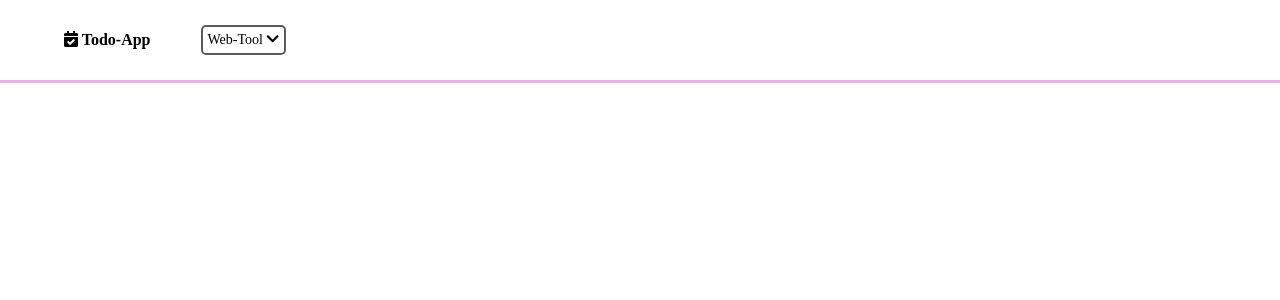
Repository: Hiroshii-m/todo_vue
Page: index.html
An editor plug-in stored every save of this project. The page is shown before and after the next save, followed by the edit.
The browser window is 1280 px wide. The pictures show the whole page.
The style sheet was rebuilt from its Sass, Less or Tailwind sources for each picture, by a compiler version that may differ from the author's.

Above is the page before, as saved 2021-06-26 17:30:10.

### index.html
<!DOCTYPE html>
<html lang="en">
<head>
    <meta charset="UTF-8">
    <meta http-equiv="X-UA-Compatible" content="IE=edge">
    <meta name="viewport" content="width=device-width, initial-scale=1.0">
    <link rel="stylesheet" href="node_modules/@fortawesome/fontawesome-free/css/all.css">
    <link rel="stylesheet" href="dist/css/style.css">
    <title>TODO APP Vue</title>
</head>
<body>

    <!-- header -->
    <header id="l-header" class="u-border-bottom">
        <div class="c-header">
            <h2 class="c-header__home">
                <i class="fas fa-calendar-check"></i>
                <a class="c-header__text" href="">Todo-App</a>
            </h2>
            <h3 class="c-header__other">
                Web-Tool
                <i class="fas fa-chevron-down"></i>
            </h3>
        </div>
    </header><!-- /header -->

</body>
</html>

### src/scss/style.scss

// ======================================
// foundation
// ======================================
@use 'foundation/reset';
@use 'foundation/variables';
// ======================================
// layout
// ======================================
#l-header {
    width: 100%;
}
// ======================================
// object
// ======================================
// Component
// **************************************
.c-header {
    width: 90%;
    height: 80px;
    margin: 0 auto;
    display: flex;
    align-items: center;
    &__home {
        margin-right: 50px;
        font-weight: bold;
    }
    &__other {
        font-size: var(--font-size_m);
        padding: var(--space_s);
        border: 2px solid var(--font-color_default);
        border-radius: 5px;
    }
}
// Project
// **************************************
// Utility
// **************************************
.u-border {
    &-bottom {
        border-bottom: 3px solid var(--color_accent);
    }
}

### src/scss/foundation/_variables.scss
:root {
    --font-color_default: #5A5A5A;
    --color_base: #F7FFFE;
    --color_accent: #E3B6E5;
    --color_edit: #C8E4F4;
    --color_complete: #C8E4F4;
    --site-width_xxl: 780px;
    --site-width_xl: 680px;
    --site-width_md: 580px;
    --site-width_ms: 414px;

    --font-size_s: 12px;
    --font-size_m: 14px;
    --font-size_default: 16px;
    --font-size_l: 18px;
    --font-size_xl: 24px;
    --font-size_xxl: 28px;
    --font-size_3l: 38px;


    --space_s: 5px;
    --space_m: 10px;
    --space_l: 15px;
    --space_xl: 20px;
    --space_xxl: 30px;
    --space_3l: 40px;

    --font-family_default: "メイリオ", sans-serif;
}

Loaded but not shown: node_modules/@fortawesome/fontawesome-free/css/all.css (library); src/scss/foundation/_reset.scss (common file)

After the next save:
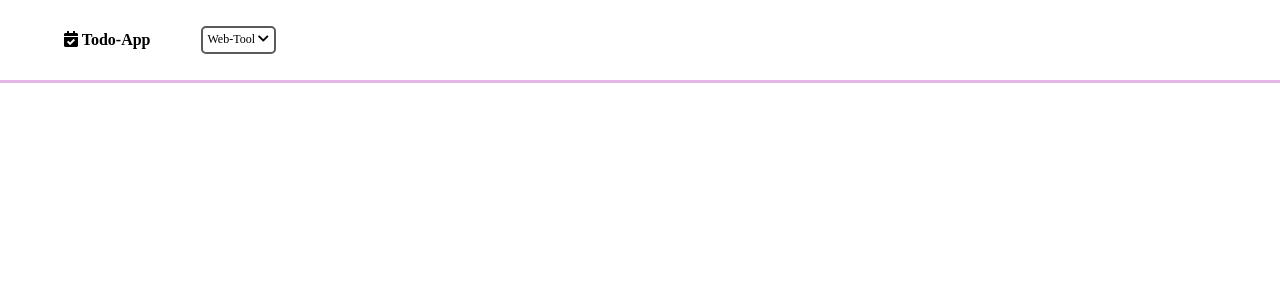
Saved 25 s later.
--- a/src/scss/style.scss
+++ b/src/scss/style.scss
@@ -26,7 +26,7 @@
         font-weight: bold;
     }
     &__other {
-        font-size: var(--font-size_m);
+        font-size: var(--font-size_s);
         padding: var(--space_s);
         border: 2px solid var(--font-color_default);
         border-radius: 5px;

After the save that followed:
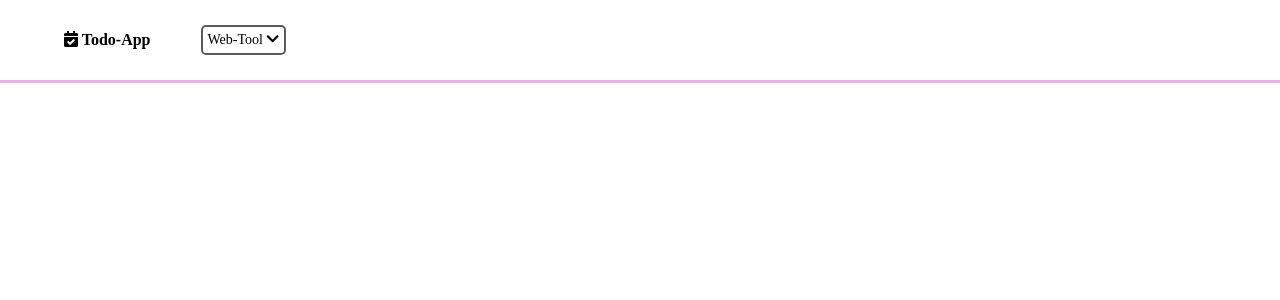
Saved 8 s later.
--- a/src/scss/style.scss
+++ b/src/scss/style.scss
@@ -26,7 +26,7 @@
         font-weight: bold;
     }
     &__other {
-        font-size: var(--font-size_s);
+        font-size: var(--font-size_m);
         padding: var(--space_s);
         border: 2px solid var(--font-color_default);
         border-radius: 5px;
